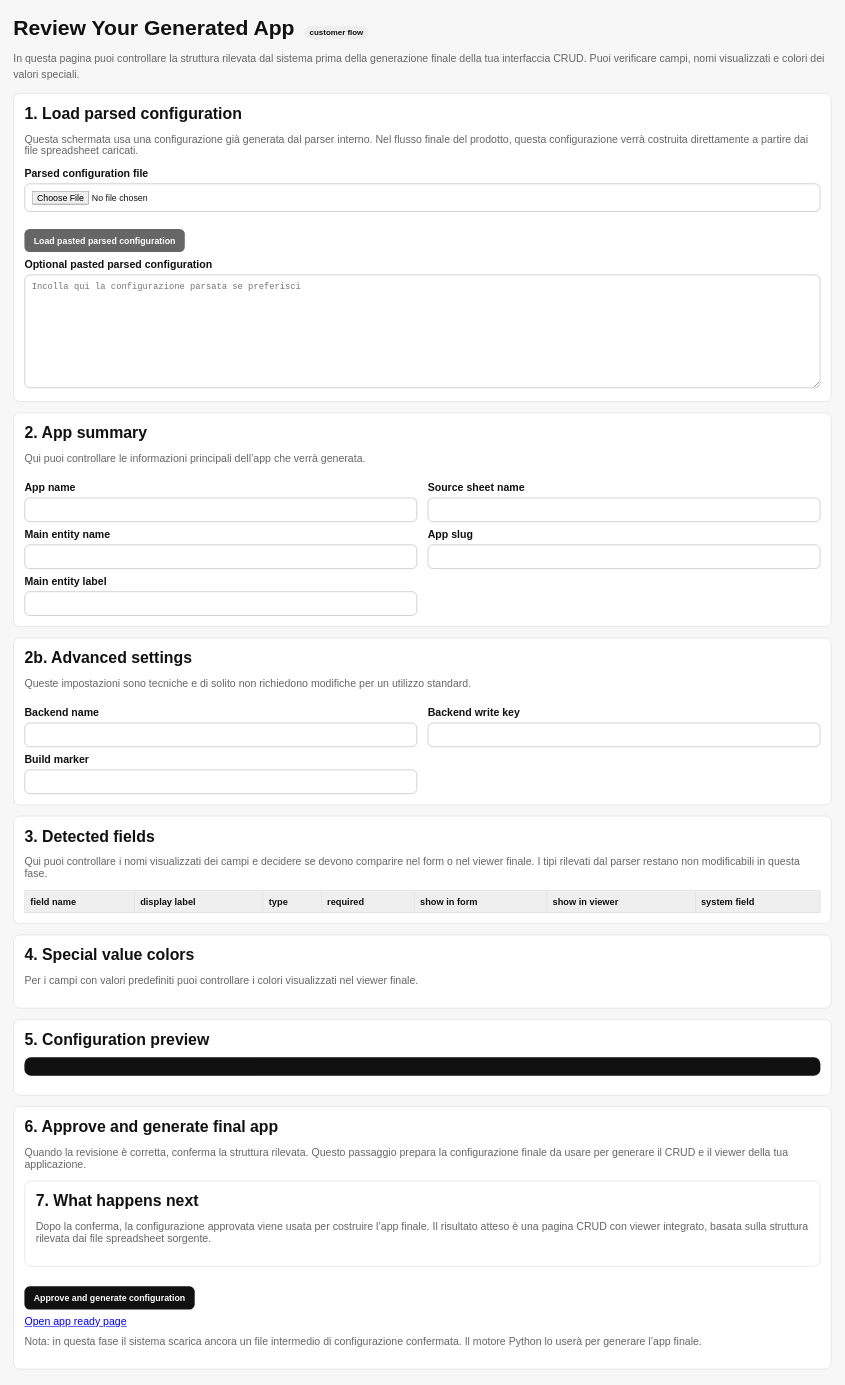
Repository: progettazionemauro/sheets.builder
Page: docs/review.html
These files come from the project's save history. The page is drawn as it stood at one moment and after the next save; the edit follows.
The browser window is 1280 px wide. The pictures show the whole page, at 66% of full size.

Above is the page before, as saved 2026-04-19 19:02:05.

After the next save:
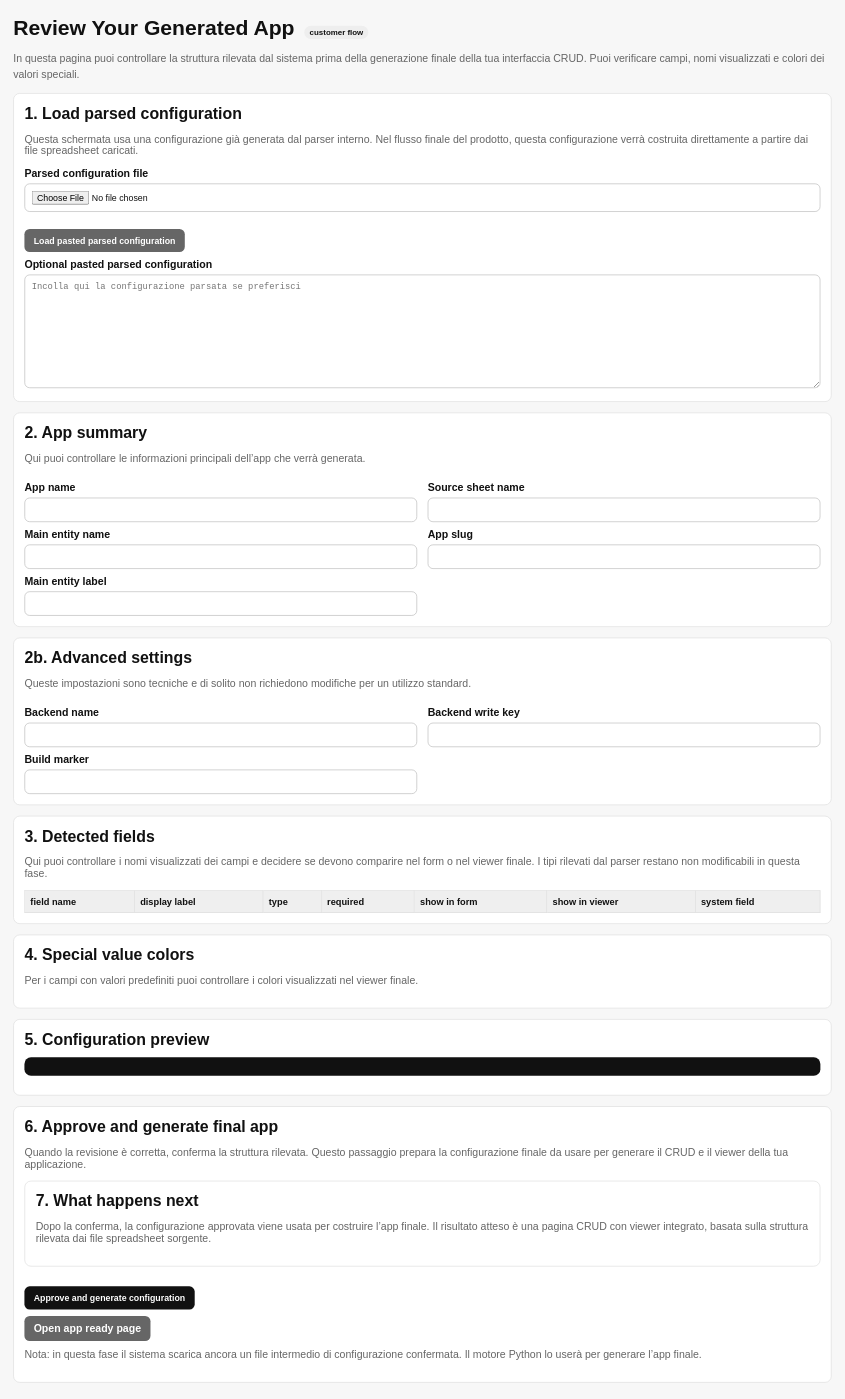
Saved 21 s later.
--- a/docs/review.html
+++ b/docs/review.html
@@ -14,6 +14,21 @@
       color: #111;
     }
 
+    a.button, button {
+  display: inline-block;
+  padding: 10px 14px;
+  border: 0;
+  border-radius: 8px;
+  background: #111;
+  color: #fff;
+  text-decoration: none;
+  font-weight: bold;
+  cursor: pointer;
+}
+
+a.button.secondary {
+  background: #666;
+}
 
     h1, h2, h3 {
       margin-bottom: 8px;
